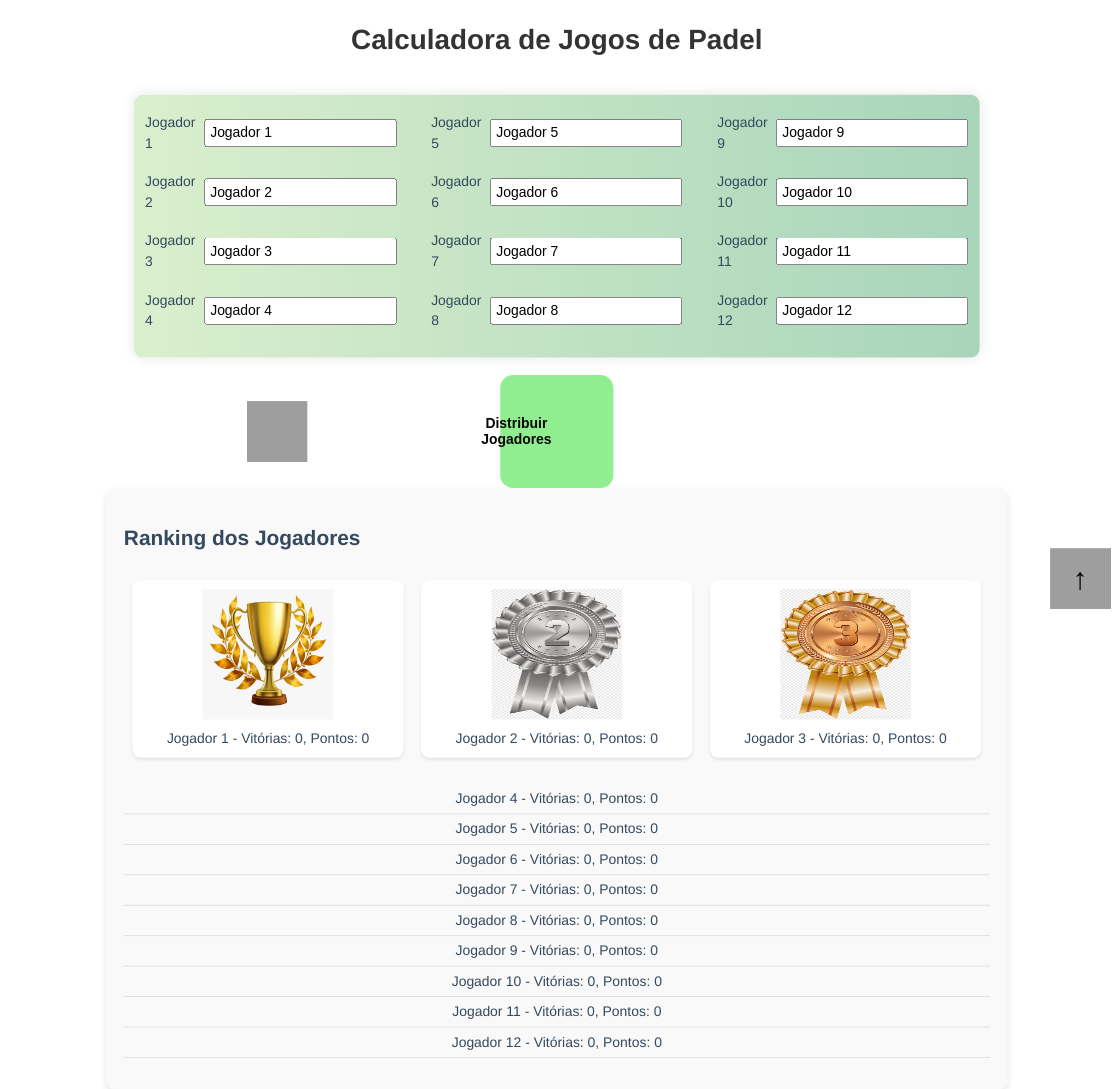
Repository: MarcioMiguel22/PadelMaster
Page: /calculadora
An editor plug-in stored every save of this project. The page is shown before and after the next save, followed by the edit.
The browser window is 1280 px wide. The pictures show the whole page, at 87% of full size.
Pictures or frames that could not be fetched are drawn as grey boxes. The project was rebuilt for these pictures with package versions that can differ from the ones it lists, and the page was loaded fresh each time. Also part of the build but not shown: vite.config.ts, src/pages/Home/Home.tsx, src/components/components_calculadora/Campo.tsx, src/components/components_calculadora/Jogo.tsx, src/pages/Player/playerComponent.tsx, src/index.css.

Above is the page before, as saved 2024-06-16 10:00:00.

After the next save:
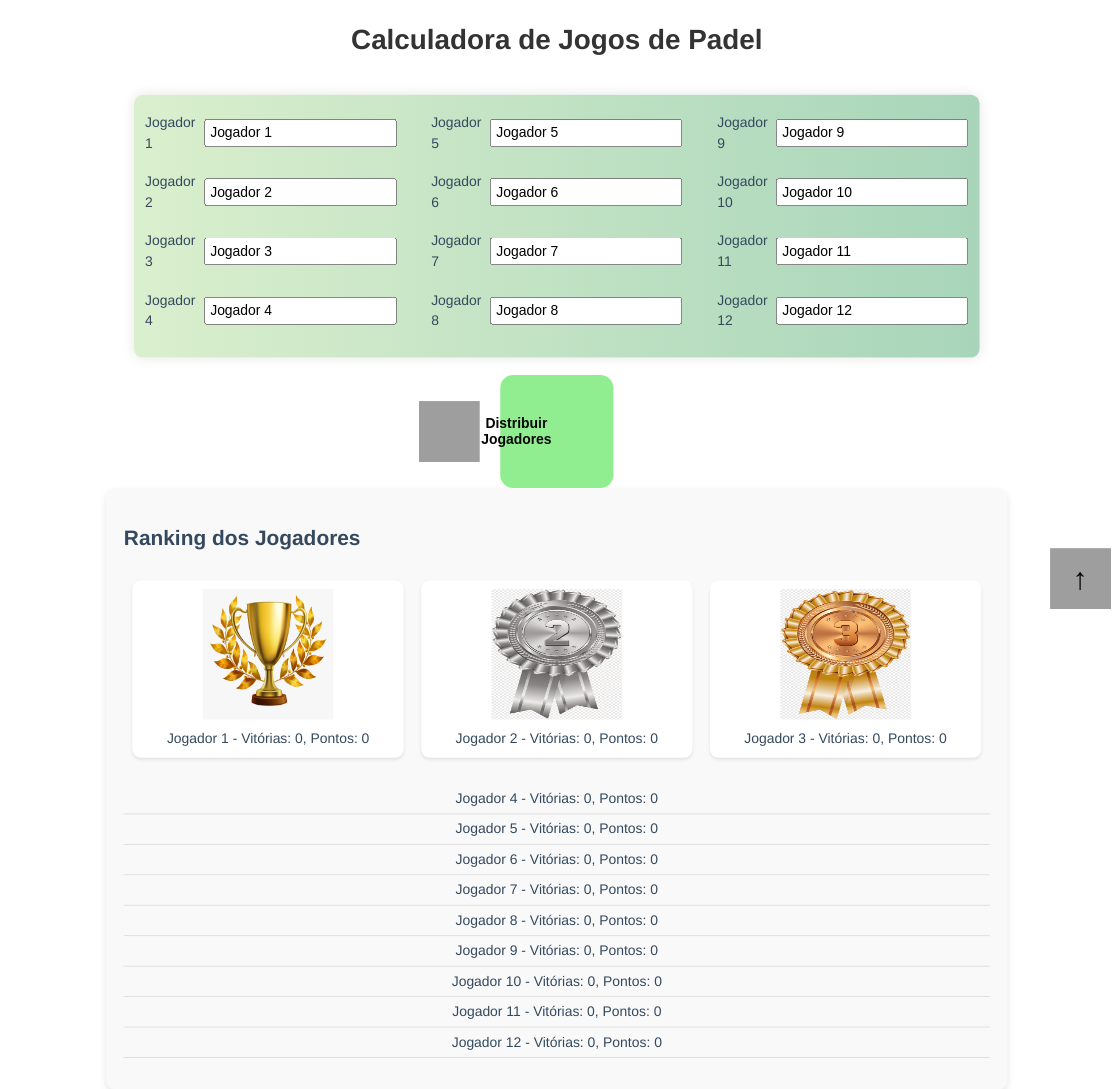
Saved 4 s later.
--- a/src/components/components_calculadora/DistributeButton.module.css
+++ b/src/components/components_calculadora/DistributeButton.module.css
@@ -34,5 +34,5 @@
   font-size: 16px;
   color: rgb(5, 5, 5);
   font-weight: bold;
-  margin-left: 200px; /* Espaço entre a bola e o texto */
+  margin-left: 2px; /* Espaço entre a bola e o texto */
 }
